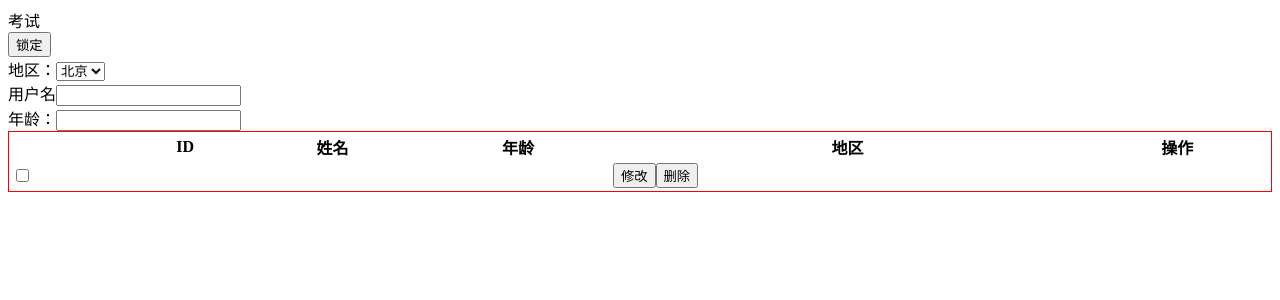
Repository: Sjl-2114/2006z
Page: / (app in A卷/vue-kaoshi/)
These files come from the project's save history. The page is drawn as it stood at one moment and after a run of saves; the edit follows.
The browser window is 1280 px wide. The pictures show the whole page.
The project was rebuilt for these pictures with package versions that can differ from the ones it lists, and the page was loaded fresh each time.

Above is the page before, as saved 2021-04-28 16:00:06.

### A卷/vue-kaoshi/src/App.vue
<template>
  <div>
    考试
    <br>
    <button>{{das}}</button>
    <br>
    <span>地区：</span>
    <select >
      <option :value="item.name" v-for="(item, index) in list" :key="index">
          {{item.name}}
      </option>
    </select>
    <br>
    <span>用户名</span>
    <input type="text" v-model="username">
    <br>
    <span>年龄：</span>
    <input type="number" v-model="age">
    <br>
    <table style="width:100%" class="table">
        <thead>
          <tr>
            <th></th>
            <th>ID</th>
            <th>姓名</th>
            <th>年龄</th>
            <th>地区</th>
            <th>操作</th>

          </tr>
        </thead>
        <tbody>
          <tr>
            <td>
              <input type="checkbox">
            </td>
            <td></td>
            <td></td>
            <td></td>
            <td>
              <button>修改</button>
              <button>删除</button>
            </td>
          </tr>
        </tbody>

    </table>
  </div>
</template>
<script>
  import data from '../public/data.json'
export default {
  data() {
    return {
      das:'锁定',
      list: data.data,
      usename:'',
      age:'',

    }
  },
  methods:{

  },

}
</script>
<style>
  .table{

    border: 1px solid red;
  }
</style>

### A卷/vue-kaoshi/public/data.json
{
  "data": [
    {
      "id": 1,
      "name": "北京"
    },
    {
      "id": 2,
      "name": "上海"
    },
    {
      "id": 3,
      "name": "广州"
    },
    {
      "id": 4,
      "name": "成都"
    }
  ]
}

Loaded but not shown: A卷/vue-kaoshi/public/index.html (common file); A卷/vue-kaoshi/src/main.js (common file)

After the next 2 saves:
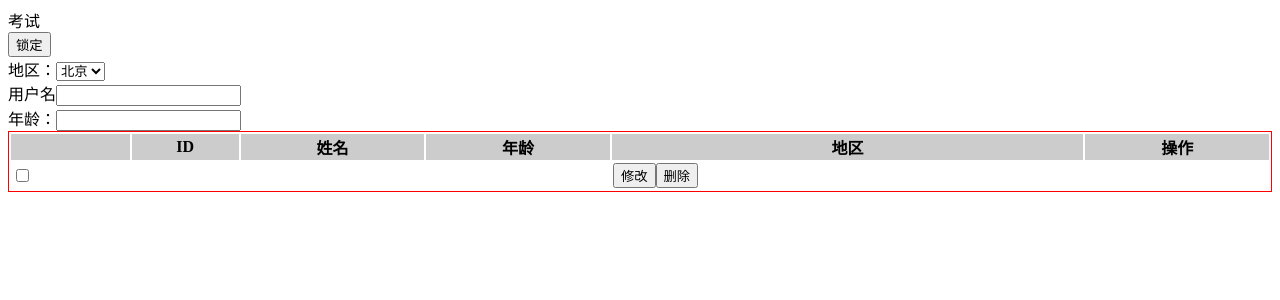
The 2 saves are shown as one change because they came seconds apart.
The last was saved 6 s later.
--- a/A卷/vue-kaoshi/src/App.vue
+++ b/A卷/vue-kaoshi/src/App.vue
@@ -70,4 +70,7 @@ export default {
 
     border: 1px solid red;
   }
+  thead{
+    background: #ccc;
+  }
 </style>
